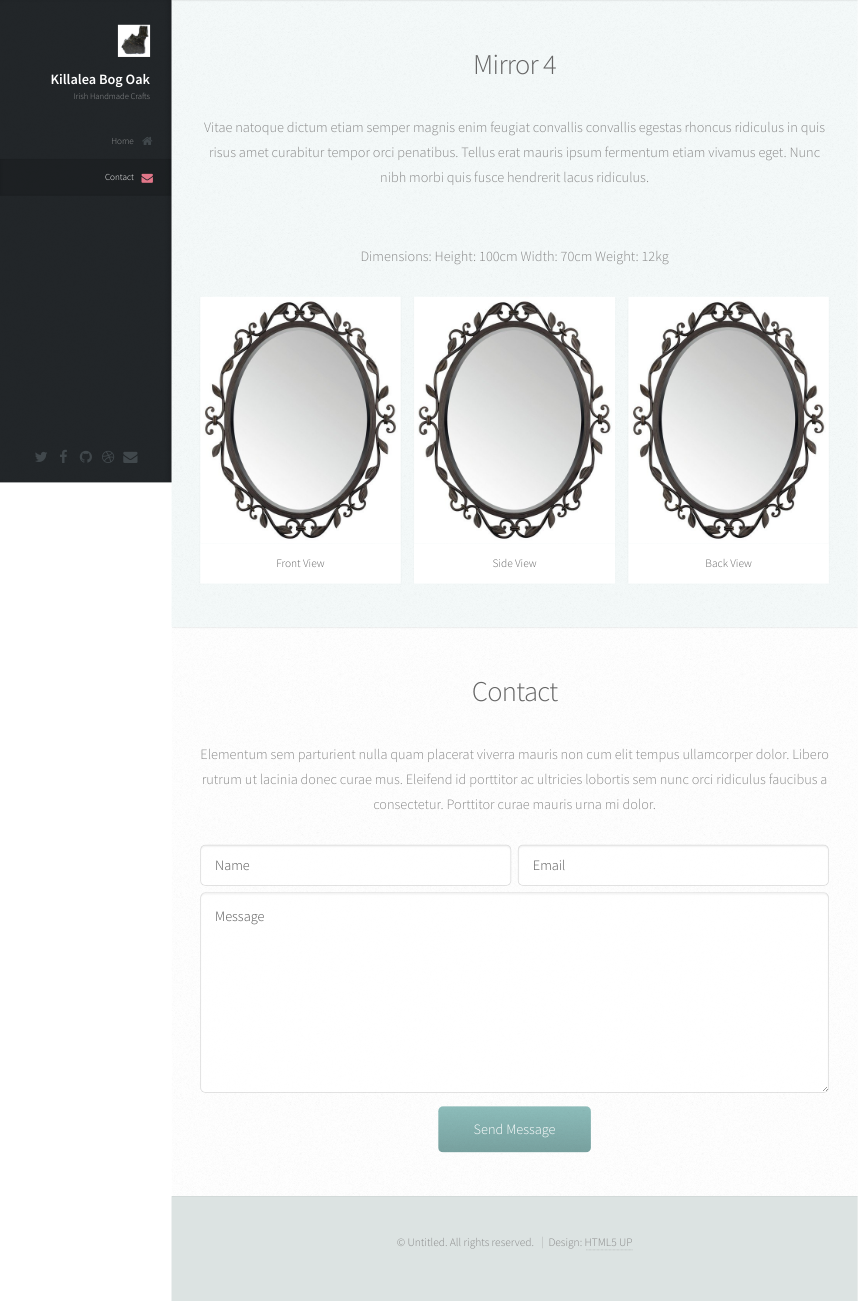
Repository: patrickkillalea/bogoak
Page: workspace/mirrors4.html
The author's editor kept a record of every edit. The page is drawn from the files as they stood at one moment, then again after the next edit.
The browser window is 1280 px wide. The pictures show the whole page, at 67% of full size.

Above is the page before.

### workspace/mirrors4.html
<!DOCTYPE HTML>
<!--
	Prologue by HTML5 UP
	html5up.net | @n33co
	Free for personal and commercial use under the CCA 3.0 license (html5up.net/license)
-->
<html>

<head>
	<title>Prologue by HTML5 UP</title>
	<meta http-equiv="content-type" content="text/html; charset=utf-8" />
	<meta name="description" content="" />
	<meta name="keywords" content="" />
	<!--[if lte IE 8]><script src="css/ie/html5shiv.js"></script><![endif]-->
	<script src="js/jquery.min.js"></script>
	<script src="js/jquery.scrolly.min.js"></script>
	<script src="js/jquery.scrollzer.min.js"></script>
	<script src="js/skel.min.js"></script>
	<script src="js/skel-layers.min.js"></script>
	<script src="js/init.js"></script>
	<noscript>
		<link rel="stylesheet" href="css/skel.css" />
		<link rel="stylesheet" href="css/style.css" />
		<link rel="stylesheet" href="css/style-wide.css" />
	</noscript>
	<!--[if lte IE 9]><link rel="stylesheet" href="css/ie/v9.css" /><![endif]-->
	<!--[if lte IE 8]><link rel="stylesheet" href="css/ie/v8.css" /><![endif]-->
</head>

<body>

	<!-- Header -->
	<div id="header" class="skel-layers-fixed">

		<div class="top">

			<!-- Logo -->
			<div id="logo">
				<span class="image avatar48"><img src="images/bogoakicon.jpg" alt="" /></span>
				<h1 id="title">Killalea Bog Oak</h1>
				<p>Irish Handmade Crafts</p>
			</div>

			<!-- Nav -->
			<nav id="nav">
				<!--

								Prologue's nav expects links in one of two formats:

								1. Hash link (scrolls to a different section within the page)

								   <li><a href="#foobar" id="foobar-link" class="icon fa-whatever-icon-you-want skel-layers-ignoreHref"><span class="label">Foobar</span></a></li>

								2. Standard link (sends the user to another page/site)

								   <li><a href="http://foobar.tld" id="foobar-link" class="icon fa-whatever-icon-you-want"><span class="label">Foobar</span></a></li>

							-->
				<ul>
					<li><a href="index.html" id="top-link" class="skel-layers-ignoreHref"><span class="icon fa-home">Home</span></a>
					</li>
					<li><a href="#contact" id="contact-link" class="skel-layers-ignoreHref"><span class="icon fa-envelope">Contact</span></a>
					</li>
				</ul>
			</nav>

		</div>

		<div class="bottom">

			<!-- Social Icons -->
			<ul class="icons">
				<li><a href="#" class="icon fa-twitter"><span class="label">Twitter</span></a>
				</li>
				<li><a href="#" class="icon fa-facebook"><span class="label">Facebook</span></a>
				</li>
				<li><a href="#" class="icon fa-github"><span class="label">Github</span></a>
				</li>
				<li><a href="#" class="icon fa-dribbble"><span class="label">Dribbble</span></a>
				</li>
				<li><a href="#" class="icon fa-envelope"><span class="label">Email</span></a>
				</li>
			</ul>

		</div>

	</div>

	<!-- Main -->
	<div id="main">


		<!-- Portfolio -->
		<section id="portfolio" class="two">
			<div class="container">

				<header>
					<h2>Mirror 4</h2>
				</header>

				<p>Vitae natoque dictum etiam semper magnis enim feugiat convallis convallis egestas rhoncus ridiculus in quis risus amet curabitur tempor orci penatibus. Tellus erat mauris ipsum fermentum etiam vivamus eget. Nunc nibh morbi quis fusce hendrerit lacus
					ridiculus.</p></br>
					<p>Dimensions: Height: 100cm Width: 70cm Weight: 12kg</p>

				<div class="row">
					<div class="4u">
						<article class="item">
							<a href="#" class="image fit">
								<img src="images_mirror/4.jpg" alt="" />
							</a>
							<header>
								<h3>Front View</h3>
							</header>
						</article>
					</div>
					<div class="4u">
						<article class="item">
							<a href="#" class="image fit">
								<img src="images_mirror/4.jpg" alt="" />
							</a>
							<header>
								<h3>Side View</h3>
							</header>
						</article>
					</div>
					<div class="4u">
						<article class="item">
							<a href="#" class="image fit">
								<img src="images_mirror/4.jpg" alt="" />
							</a>
							<header>
								<h3>Back View</h3>
							</header>
						</article>
					</div>
				</div>

			</div>
		</section>

		<!-- Contact -->
		<section id="contact" class="seven">
			<div class="container">

				<header>
					<h2>Contact</h2>
				</header>

				<p>Elementum sem parturient nulla quam placerat viverra mauris non cum elit tempus ullamcorper dolor. Libero rutrum ut lacinia donec curae mus. Eleifend id porttitor ac ultricies lobortis sem nunc orci ridiculus faucibus a consectetur. Porttitor curae
					mauris urna mi dolor.</p>

				<form method="post" action="#">
					<div class="row 50%">
						<div class="6u">
							<input type="text" name="name" placeholder="Name" />
						</div>
						<div class="6u">
							<input type="text" name="email" placeholder="Email" />
						</div>
					</div>
					<div class="row 50%">
						<div class="12u">
							<textarea name="message" placeholder="Message"></textarea>
						</div>
					</div>
					<div class="row">
						<div class="12u">
							<input type="submit" value="Send Message" />
						</div>
					</div>
				</form>

			</div>
		</section>

	</div>

	<!-- Footer -->
	<div id="footer">

		<!-- Copyright -->
		<ul class="copyright">
			<li>&copy; Untitled. All rights reserved.</li>
			<li>Design: <a href="http://html5up.net">HTML5 UP</a>
			</li>
		</ul>

	</div>

</body>

</html>

### workspace/css/style.css
@charset 'UTF-8';
@import url("font-awesome.min.css");
@import url("http://fonts.googleapis.com/css?family=Source+Sans+Pro:300,300italic,400,600");

/*
	Prologue by HTML5 UP
	html5up.net | @n33co
	Free for personal and commercial use under the CCA 3.0 license (html5up.net/license)
*/

/*********************************************************************************/
/* Basic                                                                         */
/*********************************************************************************/

	body
	{
		background: #fff;
	}

		body.is-loading *
		{
			-moz-transition: none !important;
			-webkit-transition: none !important;
			-o-transition: none !important;
			-ms-transition: none !important;
			transition: none !important;
			-moz-animation: none !important;
			-webkit-animation: none !important;
			-o-animation: none !important;
			-ms-animation: none !important;
			animation: none !important;
		}

	body,input,textarea,select
	{
		font-family: 'Source Sans Pro', sans-serif;
		font-size: 19pt;
		font-weight: 300;
		line-height: 1.75em;
		color: #888;
	}

	h1,h2,h3,h4,h5,h6
	{
		font-weight: 300;
		color: #666;
		line-height: 1.5em;
	}

		h1 a, h2 a, h3 a, h4 a, h5 a, h6 a
		{
			color: inherit;
			text-decoration: none;
		}

		h1 strong, h2 strong, h3 strong, h4 strong, h5 strong, h6 strong
		{
			color: #333;
		}

		h2
		{
			font-size: 2em;
			letter-spacing: -1px;
		}

			h2.alt
			{
				color: #888;
			}

			h2.alt strong
			{
				color: #666;
			}

		h3
		{
			font-size: 1.5em;
		}

	header
	{
		margin: 0 0 2em 0;
	}

		header > p
		{
			margin: 1em 0 0 0;
		}

	footer
	{
		margin: 2em 0 0 0;
	}

	strong, b
	{
		font-weight: 300;
		color: #666;
	}

	em, i
	{
		font-style: italic;
	}

	a
	{
		text-decoration: none;
		color: inherit;
		border-bottom: dotted 1px rgba(128,128,128,0.5);
		-moz-transition: color 0.35s ease-in-out, border-bottom-color 0.35s ease-in-out;
		-webkit-transition: color 0.35s ease-in-out, border-bottom-color 0.35s ease-in-out;
		-o-transition: color 0.35s ease-in-out, border-bottom-color 0.35s ease-in-out;
		-ms-transition: color 0.35s ease-in-out, border-bottom-color 0.35s ease-in-out;
		transition: color 0.35s ease-in-out, border-bottom-color 0.35s ease-in-out;
		outline: 0;
	}

		a:hover
		{
			color: #E27689;
			border-bottom-color: rgba(255,255,255,0);
		}

	sub
	{
		position: relative;
		top: 0.5em;
		font-size: 0.8em;
	}

	sup
	{
		position: relative;
		top: -0.5em;
		font-size: 0.8em;
	}

	hr
	{
		border: 0;
		border-top: solid 1px #ddd;
	}

	blockquote
	{
		border-left: solid 0.5em #ddd;
		padding: 1em 0 1em 2em;
		font-style: italic;
	}

	p, ul, ol, dl, table
	{
		margin-bottom: 2em;
	}

	br.clear
	{
		clear: both;
	}

	/* Sections/Article */

		section,
		article
		{
			margin-bottom: 3em;
		}

			section > :last-child,
			article > :last-child,
			section > .container > :last-child,
			article > .container > :last-child
			{
				margin-bottom: 0;
			}

			section:last-child,
			article:last-child
			{
				margin-bottom: 0;
			}

			.row > section,
			.row > article
			{
				margin-bottom: 0;
			}

	/* Image */

		.image
		{
			display: inline-block;
			border: 0;
		}

			.image img
			{
				display: block;
				width: 100%;
			}

			.image.avatar48
			{
				width: 48px;
				height: 48px;
				background: #f00;
			}

				.image.avatar48 img
				{
					width: 48px;
					height: 48px;
				}

			.image.fit
			{
				display: block;
				width: 100%;
			}

			.image.featured
			{
				display: block;
				width: 100%;
				margin: 0 0 2em 0;
			}

			.image.left
			{
				float: left;
				margin: 0 2em 2em 0;
			}

			.image.centered
			{
				display: block;
				margin: 0 0 2em 0;
			}

				.image.centered img
				{
					margin: 0 auto;
					width: auto;
				}

	/* List */

		ul
		{
		}

			ul.default
			{
				list-style: disc;
				padding-left: 1em;
			}

				ul.default li
				{
					padding-left: 0.5em;
				}

			ul.icons
			{
				cursor: default;
			}

				ul.icons li
				{
					display: inline-block;
				}

					ul.icons a
					{
						display: inline-block;
						width: 2em;
						height: 2em;
						line-height: 2em;
						text-align: center;
						border: 0;
					}

		ol
		{
		}

			ol.default
			{
				list-style: decimal;
				padding-left: 1.25em;
			}

				ol.default li
				{
					padding-left: 0.25em;
				}

	/* Form */

		form
		{
		}

			form label
			{
				display: block;
				text-align: left;
				margin-bottom: 0.5em;
			}

			form input[type="text"],
			form input[type="email"],
			form input[type="password"],
			form select,
			form textarea
			{
				position: relative;
				-webkit-appearance: none;
				display: block;
				border: 0;
				outline: 0;
				background: #fff;
				background: rgba(255,255,255,0.75);
				width: 100%;
				border-radius: 0.35em;
				padding: 0.75em 1em 0.75em 1em;
				box-shadow: inset 0 0.1em 0.1em 0 rgba(0,0,0,0.05);
				border: solid 1px rgba(0,0,0,0.15);
				-moz-transition: all 0.35s ease-in-out;
				-webkit-transition: all 0.35s ease-in-out;
				-o-transition: all 0.35s ease-in-out;
				-ms-transition: all 0.35s ease-in-out;
				transition: all 0.35s ease-in-out;
			}

				form input[type="text"],
				form input[type="email"],
				form input[type="password"],
				form select
				{
					line-height: 1.25em;
				}

				form input[type="text"]:focus,
				form input[type="email"]:focus,
				form input[type="password"]:focus,
				form select:focus,
				form textarea:focus
				{
					box-shadow: 0 0 2px 1px #8ebebc;
					background: #fff;
				}

				form textarea
				{
					min-height: 14em;
				}

				form .formerize-placeholder
				{
					color: #555 !important;
				}

				form ::-webkit-input-placeholder
				{
					color: #555 !important;
				}

				form :-moz-placeholder
				{
					color: #555 !important;
				}

				form ::-moz-placeholder
				{
					color: #555 !important;
				}

				form :-ms-input-placeholder
				{
					color: #555 !important;
				}

				form ::-moz-focus-inner
				{
					border: 0;
				}

	/* Table */

		table
		{
			width: 100%;
		}

			table.default
			{
				width: 100%;
				text-align: left;
			}

				table.default tbody tr:nth-child(2n+2)
				{
					background: #f4f4f4;
				}

				table.default td
				{
					padding: 0.5em 1em 0.5em 1em;
				}

				table.default th
				{
					text-align: left;
					padding: 0.5em 1em 0.5em 1em;
					color: #fff;
					background: #222729 url('images/overlay.png');
				}

				table.default thead
				{
					background: #444;
					color: #fff;
				}

				table.default tfoot
				{
					background: #eee;
				}

				table.default tbody
				{
				}

	/* Button */

		input[type="button"],
		input[type="submit"],
		input[type="reset"],
		.button
		{
			position: relative;
			display: inline-block;
			border-radius: 0.35em;
			color: #fff !important;
			text-decoration: none;
			padding: 0.75em 2.5em 0.75em 2.5em;
			background-color: #8ebebc;
			border: 0;
			cursor: pointer;
			background-image: -moz-linear-gradient(top, rgba(0,0,0,0), rgba(0,0,0,0.15)), url('images/overlay.png');
			background-image: -webkit-linear-gradient(top, rgba(0,0,0,0), rgba(0,0,0,0.15)), url('images/overlay.png');
			background-image: -o-linear-gradient(top, rgba(0,0,0,0), rgba(0,0,0,0.15)), url('images/overlay.png');
			background-image: -ms-linear-gradient(top, rgba(0,0,0,0), rgba(0,0,0,0.15)), url('images/overlay.png');
			background-image: linear-gradient(top, rgba(0,0,0,0), rgba(0,0,0,0.15)), url('images/overlay.png');
			-moz-transition: background-color 0.35s ease-in-out;
			-webkit-transition: background-color 0.35s ease-in-out;
			-o-transition: background-color 0.35s ease-in-out;
			-ms-transition: background-color 0.35s ease-in-out;
			transition: background-color 0.35s ease-in-out;
		}

			input[type="button"]:hover,
			input[type="submit"]:hover,
			input[type="reset"]:hover,
			.button:hover
			{
				background-color: #9ececc;
			}

			input[type="button"]:active,
			input[type="submit"]:active,
			input[type="reset"]:active,
			.button:active
			{
				background-color: #7eaeac;
			}

	/* Item */

		.item
		{
			box-shadow: 0 0.05em 0.15em 0 rgba(0,0,0,0.05);
			margin-bottom: 40px;
		}

			.item header
			{
				background: #fff;
				margin: 0;
				padding: 1em 0 1em 0;
				font-size: 0.8em;
			}

				.item header h3
				{
					font-size: 1em;
				}

/*********************************************************************************/
/* Icons                                                                         */
/*********************************************************************************/

	.icon {
		text-decoration: none;
	}

		.icon:before {
			display: inline-block;
			font-family: FontAwesome;
			font-size: 1.25em;
			text-decoration: none;
			font-style: normal;
			font-weight: normal;
			line-height: 1;
			-webkit-font-smoothing:antialiased;
			-moz-osx-font-smoothing:grayscale;
		}

		.icon > .label {
			display: none;
		}

/*********************************************************************************/
/* Header                                                                        */
/*********************************************************************************/

	#header
	{
		position: fixed;
		top: 0;
		left: 0;
		width: 375px;
		height: 100%;
		color: #fff;
		background: #222629 url('images/overlay.png');
		box-shadow: inset -0.25em 0 0.25em 0 rgba(0,0,0,0.1);
		text-align: right;
	}

		#header .top
		{
			position: absolute;
			left: 0;
			top: 0;
			width: 100%;
		}

		#header .bottom
		{
			position: absolute;
			left: 0;
			bottom: 0;
			width: 100%;
		}

		#header .icons
		{
			font-size: 0.8em;
			margin: 0 0 1em 0;
			text-align: center;
		}

			#header .icons a
			{
				color: #41484c;
				-moz-transition: color 0.35s ease-in-out;
				-webkit-transition: color 0.35s ease-in-out;
				-o-transition: color 0.35s ease-in-out;
				-ms-transition: color 0.35s ease-in-out;
				transition: color 0.35s ease-in-out;
			}

				#header .icons a:hover
				{
					color: #fff;
				}

	#logo
	{
		position: relative;
		margin: 1.75em 1.5em 1.5em 1.5em;
		min-height: 48px;
		cursor: default;
	}

		#logo h1
		{
			position: relative;
			color: #fff;
			font-weight: 600;
			font-size: 1em;
			line-height: 1em;
		}

		#logo p
		{
			position: relative;
			display: block;
			font-size: 0.6em;
			color: rgba(255,255,255,0.5);
			line-height: 1.25em;
			margin: 0.5em 0 0 0;
		}

		#logo .image
		{
			position: absolute;
			left: 0;
			top: 0;
		}

	#nav
	{
	}

		#nav ul
		{
		}

			#nav ul li
			{
			}

				#nav ul li a
				{
					display: block;
					padding: 0.5em 1.5em 0.5em 1.5em;
					color: rgba(255,255,255,0.5);
					text-decoration: none;
					outline: 0;
					border: 0;
					-moz-transition: none;
					-webkit-transition: none;
					-o-transition: none;
					-ms-transition: none;
					transition: none;
				}

					#nav ul li a span
					{
						position: relative;
						display: block;
						font-size: 0.8em;
					}

						#nav ul li a span:before
						{
							position: absolute;
							left: 0;
							color: #41484c;
							text-align: center;
							width: 1.25em;
							line-height: 1.75em;
						}

					#nav ul li a.active
					{
						background: rgba(0,0,0,0.15);
						box-shadow: inset 0 0 0.25em 0 rgba(0,0,0,0.125);
						color: #fff;
					}

						#nav ul li a.active span
						{
						}

							#nav ul li a.active span:before
							{
								color: #e27689;
							}

/*********************************************************************************/
/* Footer                                                                        */
/*********************************************************************************/

	#footer
	{
		margin-left: 375px;
		text-align: center;
		background-color: #dce3e2;
		padding: 3em 0 4em 0;
		box-shadow: inset 0 1px 0 0 rgba(0,0,0,0.05), inset 0 0.1em 0.1em 0 rgba(0,0,0,0.025);
		font-size: 0.8em;
	}

		#footer .copyright
		{
			cursor: default;
			margin: 0;
		}

			#footer .copyright li
			{
				display: inline-block;
				line-height: 1em;
				border-left: solid 1px rgba(128,128,128,0.35);
				padding: 0 0 0 0.5em;
				margin: 0 0 0 0.5em;
			}

			#footer .copyright li:first-child
			{
				border-left: 0;
				padding-left: 0;
				margin-left: 0;
			}

/*********************************************************************************/
/* Main                                                                          */
/*********************************************************************************/

	#main
	{
		margin-left: 375px;
	}

		#main > section
		{
			margin: 0;
			overflow: hidden;
			padding: 4em 0;
			box-shadow: inset 0 1px 0 0 rgba(0,0,0,0.05), inset 0 0.1em 0.1em 0 rgba(0,0,0,0.025);
			text-align: center;
			background-image: url('images/overlay.png');
		}

			#main > section.dark
			{
				color: #ddd;
				color: rgba(255,255,255,0.75);
			}

				#main > section.dark h2,
				#main > section.dark h3,
				#main > section.dark h4,
				#main > section.dark h5,
				#main > section.dark h6
				{
					color: inherit;
				}

				#main > section.dark strong,
				#main > section.dark a
				{
					color: #fff;
					border-color: inherit;
				}

					#main > section.dark a:hover
					{
						border-bottom-color: rgba(255,255,255,0);
					}

			#main > section.cover
			{
				padding: 6em 0;
				background-size: cover;
				background-position: center center;
			}

			#main > section.one
			{
				background-color: #81918E;
				background-image: url('../images/banner.jpg');
			}

			#main > section.two
			{
				background-color: #f5fafa;
			}

			#main > section.three
			{
				background-color: #ecf1f1;
			}

			#main > section.four
			{
				background-color: #e8edec;
			}

### workspace/css/style-wide.css
/*
	Prologue by HTML5 UP
	html5up.net | @n33co
	Free for personal and commercial use under the CCA 3.0 license (html5up.net/license)
*/

/*********************************************************************************/
/* Basic                                                                         */
/*********************************************************************************/

	body,input,textarea,select
	{
		font-size: 17pt;
	}

/*********************************************************************************/
/* Header                                                                        */
/*********************************************************************************/

	#header
	{
		width: 300px;
	}

/*********************************************************************************/
/* Footer                                                                        */
/*********************************************************************************/

	#footer
	{
		margin-left: 300px;
	}

/*********************************************************************************/
/* Main                                                                          */
/*********************************************************************************/

	#main
	{
		margin-left: 300px;
	}

### workspace/css/style-narrow.css
/*
	Prologue by HTML5 UP
	html5up.net | @n33co
	Free for personal and commercial use under the CCA 3.0 license (html5up.net/license)
*/

/*********************************************************************************/
/* Basic                                                                         */
/*********************************************************************************/

	body,input,textarea,select
	{
		font-size: 16pt;
	}

	.container
	{
		padding: 0 2em 0 2em;
	}

	/* List */

		ul
		{
		}

			ul.icons
			{
			}

				ul.icons li
				{
				}

				ul.icons li a
				{
					width: 1.75em;
				}

	/* Item */

		.item
		{
			margin-bottom: 20px;
		}

/*********************************************************************************/
/* Header                                                                        */
/*********************************************************************************/

	#header
	{
		width: 20%;
	}

	#logo
	{
	}

		#logo .image
		{
			position: relative;
			margin: 0 0 0.5em 0;
		}

	#nav
	{
	}

		#nav ul
		{
		}

			#nav ul li
			{
			}

				#nav ul li a
				{
					font-size: 0.8em;
					padding-top: 0.5em;
					padding-bottom: 0.5em;
				}

					#nav ul li a span
					{
						padding-right: 2.25em;
					}

						#nav ul li a span:before
						{
							left: 100%;
							margin-left: -1.25em;
							line-height: 2.25em;
						}

/*********************************************************************************/
/* Footer                                                                        */
/*********************************************************************************/

	#footer
	{
		margin-left: 20%;
	}

/*********************************************************************************/
/* Main                                                                          */
/*********************************************************************************/

	#main
	{
		margin-left: 20%;
	}

Loaded but not shown: workspace/js/jquery.min.js (library); workspace/js/jquery.scrolly.min.js (common file); workspace/js/jquery.scrollzer.min.js (common file); workspace/js/skel.min.js (library); workspace/js/skel-layers.min.js (library); workspace/css/style-normal.css (common file); workspace/css/font-awesome.min.css (library); workspace/js/init.js (125 lines, source omitted)

After the next edit:
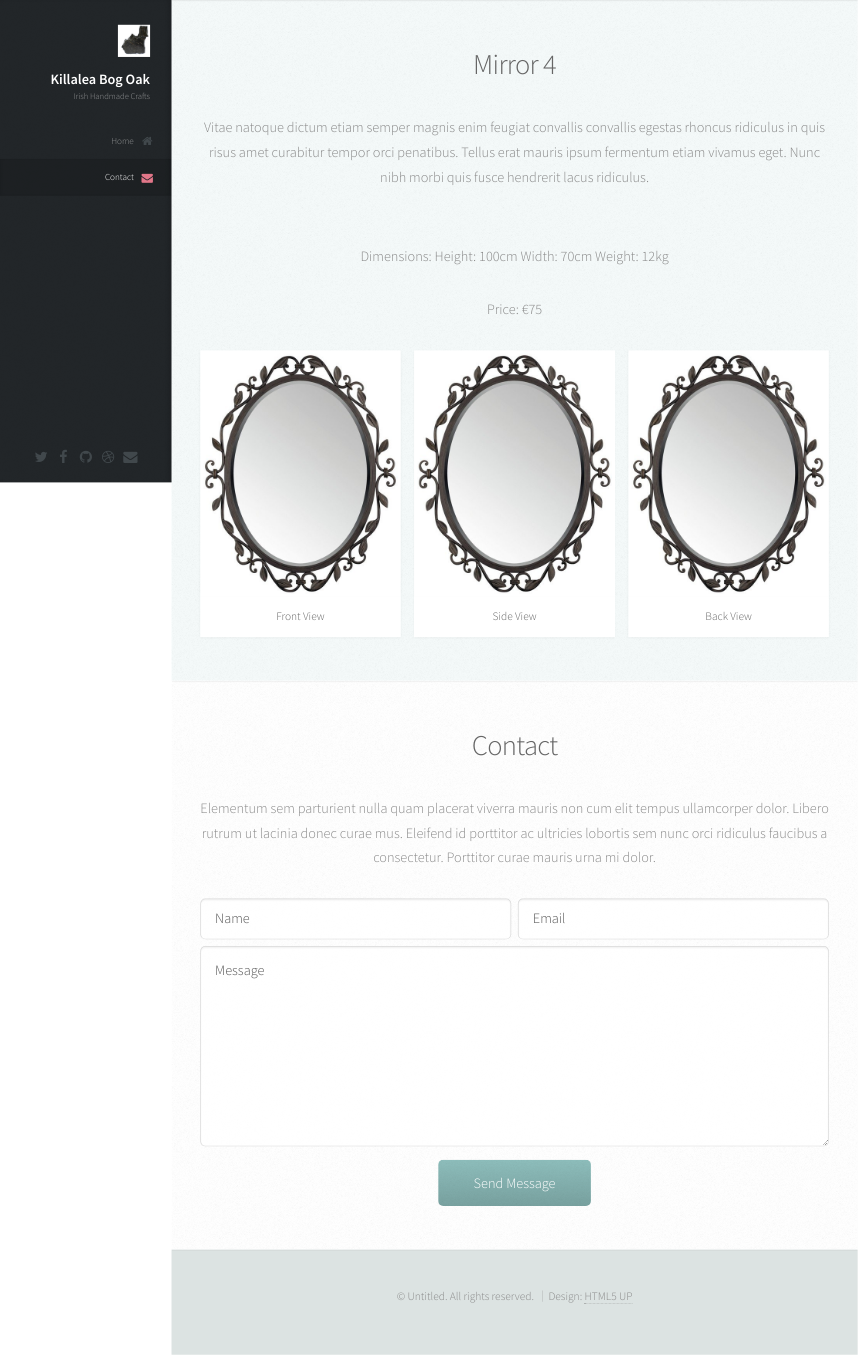
The edit:
--- a/workspace/mirrors4.html
+++ b/workspace/mirrors4.html
@@ -101,6 +101,7 @@
 				<p>Vitae natoque dictum etiam semper magnis enim feugiat convallis convallis egestas rhoncus ridiculus in quis risus amet curabitur tempor orci penatibus. Tellus erat mauris ipsum fermentum etiam vivamus eget. Nunc nibh morbi quis fusce hendrerit lacus
 					ridiculus.</p></br>
 					<p>Dimensions: Height: 100cm Width: 70cm Weight: 12kg</p>
+					<p>Price: €75</p>
 
 				<div class="row">
 					<div class="4u">
